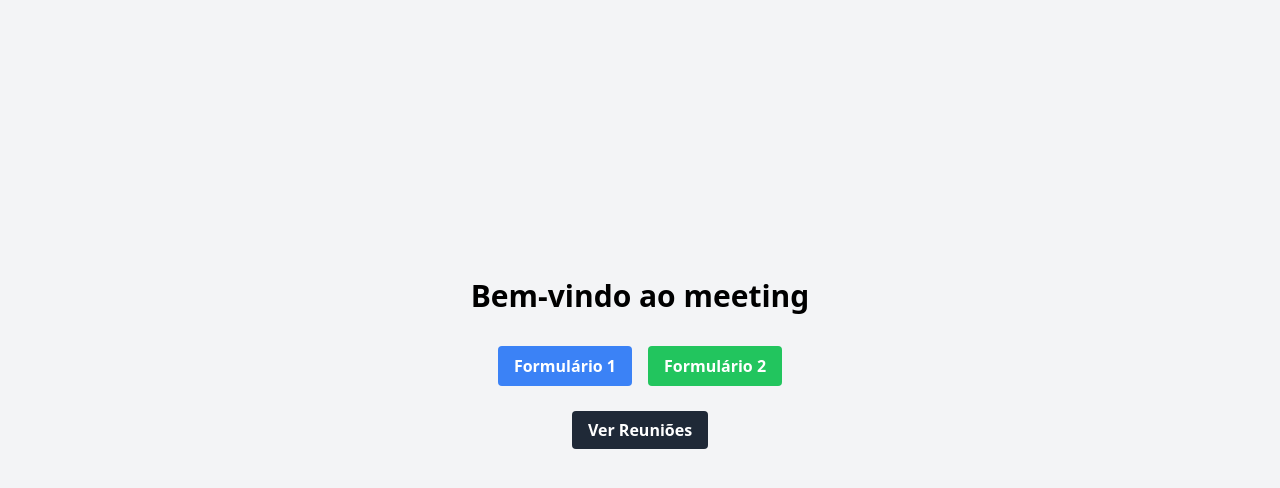
Repository: TamiBeira/meeting
Page: /
The author's editor kept a copy of each file at every save. The page is drawn from the files as they stood at one save, then again after the next save.
The browser window is 1280 px wide. The pictures show the whole page.
The project was rebuilt for these pictures with package versions that can differ from the ones it lists, and the page was loaded fresh each time. Also part of the build but not shown: vite.config.ts, src/contexts/FormContext.tsx, src/components/Form.tsx, src/components/MeetingsView.tsx.

Above is the page before, as saved 2024-02-26 19:11:08.

### index.html
<!doctype html>
<html lang="pt">
  <head>
    <meta charset="UTF-8" />
    <meta name="viewport" content="width=device-width, initial-scale=1.0" />
    <title>Meeting</title>
  </head>
  <body>
    <div id="root"></div>
    <script type="module" src="/src/main.tsx"></script>
  </body>
</html>

### src/app.tsx
import { BrowserRouter as Router, Routes, Route } from 'react-router-dom';
import { FormProvider } from './contexts/FormContext';
import { Form } from './components/Form';
import { MeetingsView } from './components/MeetingsView';
import {HomePage} from './components/HomePage';

export const App = () => {
  return (
    <Router>
      <Routes>
        <Route path="/" element={<HomePage />} />
        <Route path="/form" element={<FormProvider><Form /></FormProvider>} />
        <Route path="/meetings" element={<MeetingsView />} />
      </Routes>
    </Router>
  );
};

### src/components/HomePage.tsx
import { Link } from 'react-router-dom';

export const HomePage = () => {
  return (
    <div className="flex flex-col items-center justify-center min-h-screen bg-gray-100">
      <h1 className="text-3xl font-bold mb-8">Bem-vindo ao meeting</h1>
      <div className="flex space-x-4">
        <Link
          to="/form1"
          className="bg-blue-500 hover:bg-blue-600 text-white font-bold py-2 px-4 rounded focus:outline-none focus:shadow-outline"
        >
          Formulário 1
        </Link>
        <Link
          to="/form2"
          className="bg-green-500 hover:bg-green-600 text-white font-bold py-2 px-4 rounded focus:outline-none focus:shadow-outline"
        >
          Formulário 2
        </Link>
      </div>
      <div className="mt-8">
        <Link
          to="/meetings"
          className="bg-gray-800 text-white font-bold py-2 px-4 rounded focus:outline-none focus:shadow-outline"
        >
          Ver Reuniões
        </Link>
      </div>
    </div>
  );
};

### tailwind.config.js
/** @type {import('tailwindcss').Config} */
export default {
  content: [
    "./index.html",
    "./src/**/*.tsx",
  ],
  theme: {
    extend: {},
  },
  plugins: [],
}

Loaded but not shown: src/main.tsx (common file); src/index.css (common file)

After the next save:
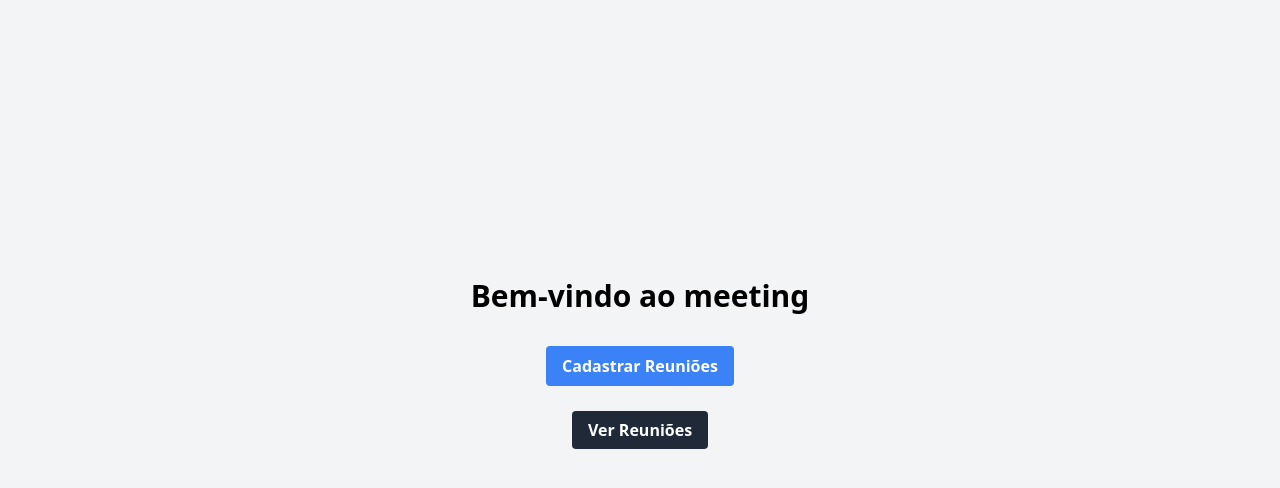
Saved 36 s later.
--- a/src/components/HomePage.tsx
+++ b/src/components/HomePage.tsx
@@ -6,16 +6,10 @@ export const HomePage = () => {
       <h1 className="text-3xl font-bold mb-8">Bem-vindo ao meeting</h1>
       <div className="flex space-x-4">
         <Link
-          to="/form1"
+          to="/form"
           className="bg-blue-500 hover:bg-blue-600 text-white font-bold py-2 px-4 rounded focus:outline-none focus:shadow-outline"
         >
-          Formulário 1
-        </Link>
-        <Link
-          to="/form2"
-          className="bg-green-500 hover:bg-green-600 text-white font-bold py-2 px-4 rounded focus:outline-none focus:shadow-outline"
-        >
-          Formulário 2
+          Cadastrar Reuniões
         </Link>
       </div>
       <div className="mt-8">
